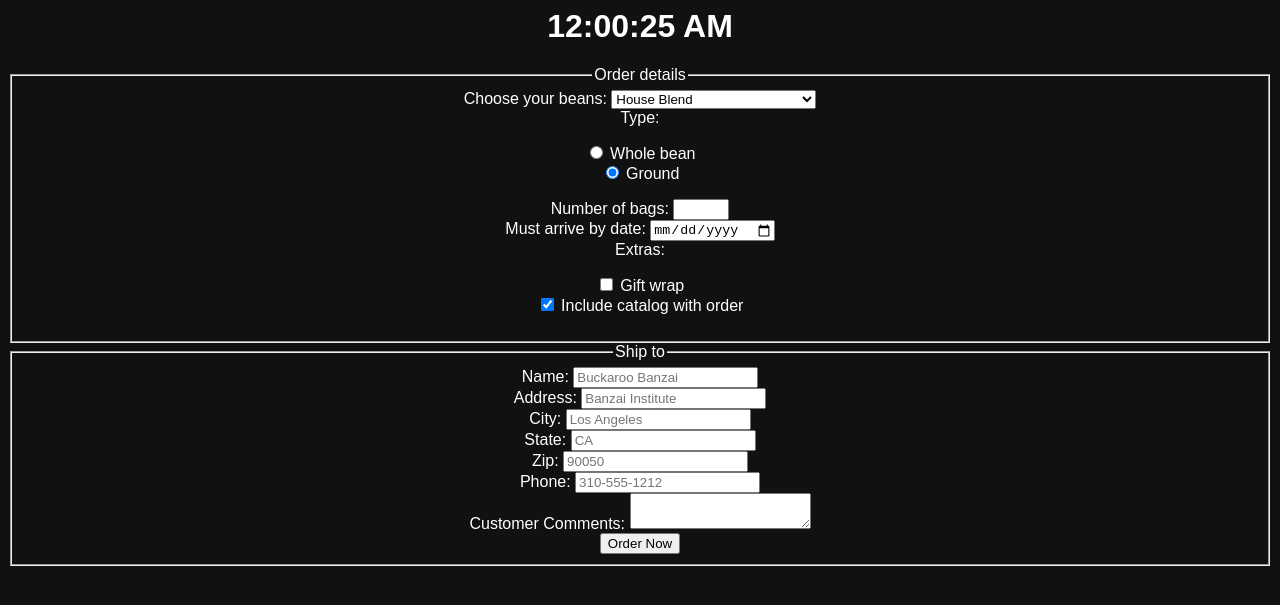
Repository: 43320888/upwork
Page: popup/index.html
An editor plug-in stored every save of this project. The page is shown before and after the next save, followed by the edit.
The browser window is 1280 px wide. The pictures show the whole page.

Above is the page before, as saved 2019-01-24 10:52:11.

### popup/index.html
<meta http-equiv="Content-Type" content="text/html;charset=UTF-8">
<style>
	form{
		border-spacing: 10px;
	}
</style>
<body style="background:#111; color:#fff; font-family: Arial, Helvetica, sans-serif; text-align: center">
	<h1><div></div><script src="timer.js"></script></h1>
	<form action="http://www.starbuzzcoffee.com/processorder.php" method="post">
		<fieldset>
			<legend>Order details</legend>
			<div class="tableRow">
				<label for="beans">
				  Choose your beans:
				</label>
		    <select id="beans" name="beans">
		      <option value="House Blend">House Blend</option>
		      <option value="Bolivia">Shade Grown Bolivia Supremo</option>
		      <option value="Guatemala">Organic Guatemala</option>
		      <option value="Kenya">Kenya</option>
		    </select>
			</div>
			<div class="tableRow">
				<label>Type:</label>
				<p>
				   <input type="radio" id="whole_beantype" name="beantype" value="whole">
						<label for="whole_beantype">Whole bean</label><br>
			    <input type="radio" id="ground_beantype" name="beantype" value="ground" checked>
				    <label for="ground_beantype">Ground</label>
				</p>
			</div>
			<div class="tableRow">
				<label for="bags">Number of bags:</label>
				<input type="number" id="bags" name="bags" min="1" max="10">
			</div>
			<div class="tableRow">
				<label for="date">Must arrive by date:</label>
				<input type="date" name="date">
			</div>
			<div class="tableRow">
				<label>Extras:</label>
				<p>
			    <input type="checkbox" id="giftwrap_extras" name="extras[]" value="giftwrap">
						<label for="giftwrap_extras">Gift wrap</label><br>
			    <input type="checkbox" id="catalog_extras" name="extras[]" value="catalog" checked>
				    <label for="catalog_extras">Include catalog with order</label>
				</p>
			</div>
		</fieldset>
		<fieldset>
			<legend>Ship to</legend>
			<div class="tableRow">
				<label for="name">Name:</label>
				<input type="text" id="name" name="name" value="" placeholder="Buckaroo Banzai" required>
			</div>
			<div class="tableRow">
				<label for="address">Address:</label>
				<input type="text" id="address" name="address" value="" placeholder="Banzai Institute" required>
			</div>
			<div class="tableRow">
				<label for="city">City:</label>
				<input type="text" id="city" name="city" value="" placeholder="Los Angeles" required>
			</div>
			<div class="tableRow">
				<label for="state">State:</label>
				<input type="text" id="state" name="state" value="" placeholder="CA" required>
			</div>
			<div class="tableRow">
				<label for="zip">Zip:</label>
				<input type="text" id="zip" name="zip" value="" placeholder="90050" required>
			</div>
			<div class="tableRow">
				<label for="phone">Phone:</label>
				<input type="tel" id="phone" name="phone" value="" placeholder="310-555-1212" required>
			</div>
			<div class="tableRow">
				<label for="comments">Customer Comments:</label>
		    <textarea id="comments" name="comments"></textarea>
			</div>
			<div class="tableRow">
				<label></label>
				<input type="submit" value="Order Now">
			</div>
		</fieldset>
	    </form>
</body>

### popup/timer.js
(() => {
	const x = new Date().getTime() + 30000;
	const j = document.querySelector('h1 div');

	const backTimer = () => {
		const i = new Date().getTime();
		if (i < x) {
			j.innerHTML = new Date(x - i).toLocaleTimeString();
			setTimeout(backTimer, 500);
		} else {
			// j.innerHTML = "00:00:00";
			document.body.innerHTML = '<h1>Time is over</h1>';
		}
	}
	backTimer();
})();

After the next save:
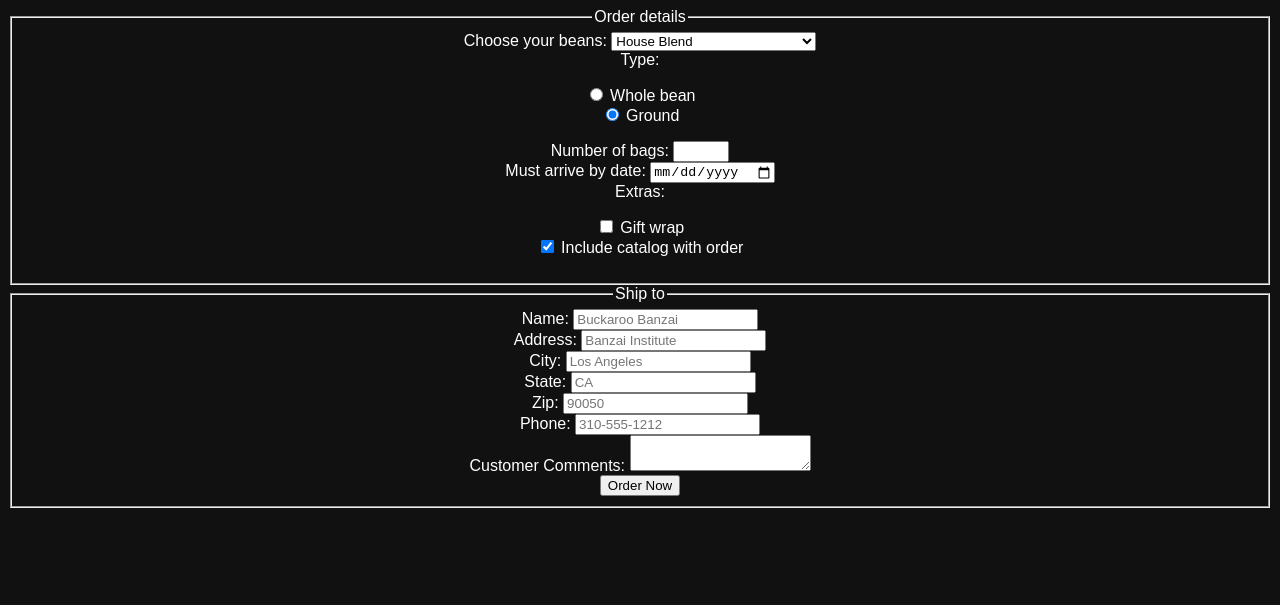
Saved 2 min 47 s later.
--- a/popup/timer.js
+++ b/popup/timer.js
@@ -5,7 +5,7 @@
 	const backTimer = () => {
 		const i = new Date().getTime();
 		if (i < x) {
-			j.innerHTML = new Date(x - i).toLocaleTimeString();
+			j.innerHTML = new Date(x - i).toLocaleTimeString().substring(0, -4);
 			setTimeout(backTimer, 500);
 		} else {
 			// j.innerHTML = "00:00:00";

After the save that followed:
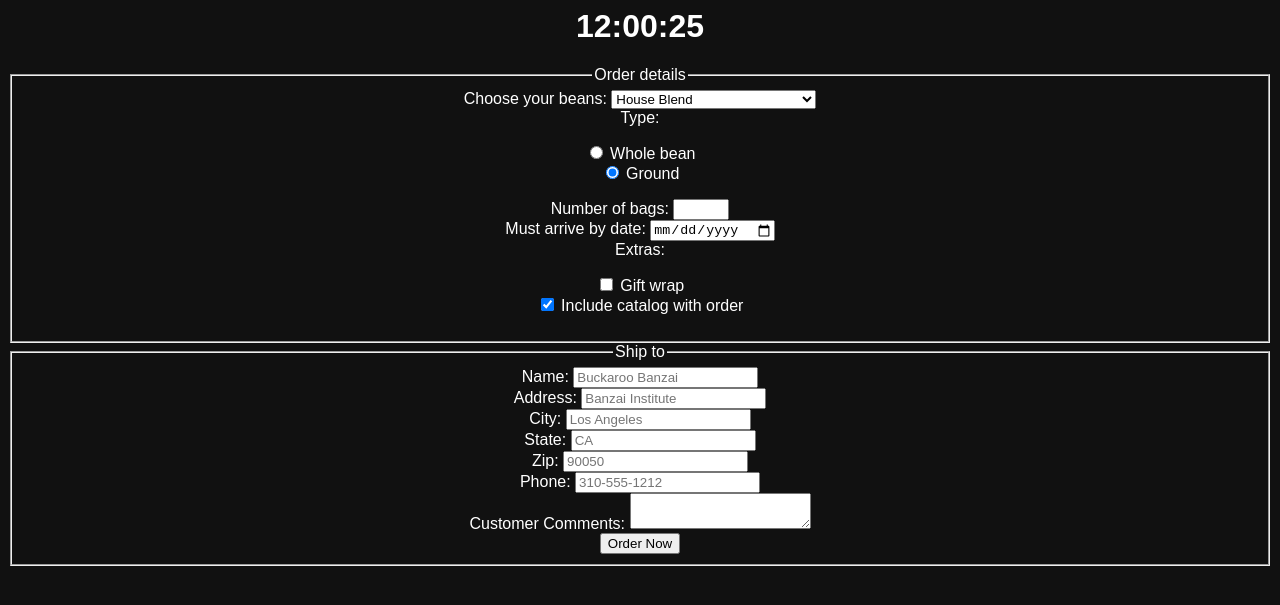
Saved 3 min 1 s later.
--- a/popup/timer.js
+++ b/popup/timer.js
@@ -5,7 +5,7 @@
 	const backTimer = () => {
 		const i = new Date().getTime();
 		if (i < x) {
-			j.innerHTML = new Date(x - i).toLocaleTimeString().substring(0, -4);
+			j.innerHTML = new Date(x - i).toLocaleTimeString().slice(0, -3);
 			setTimeout(backTimer, 500);
 		} else {
 			// j.innerHTML = "00:00:00";
